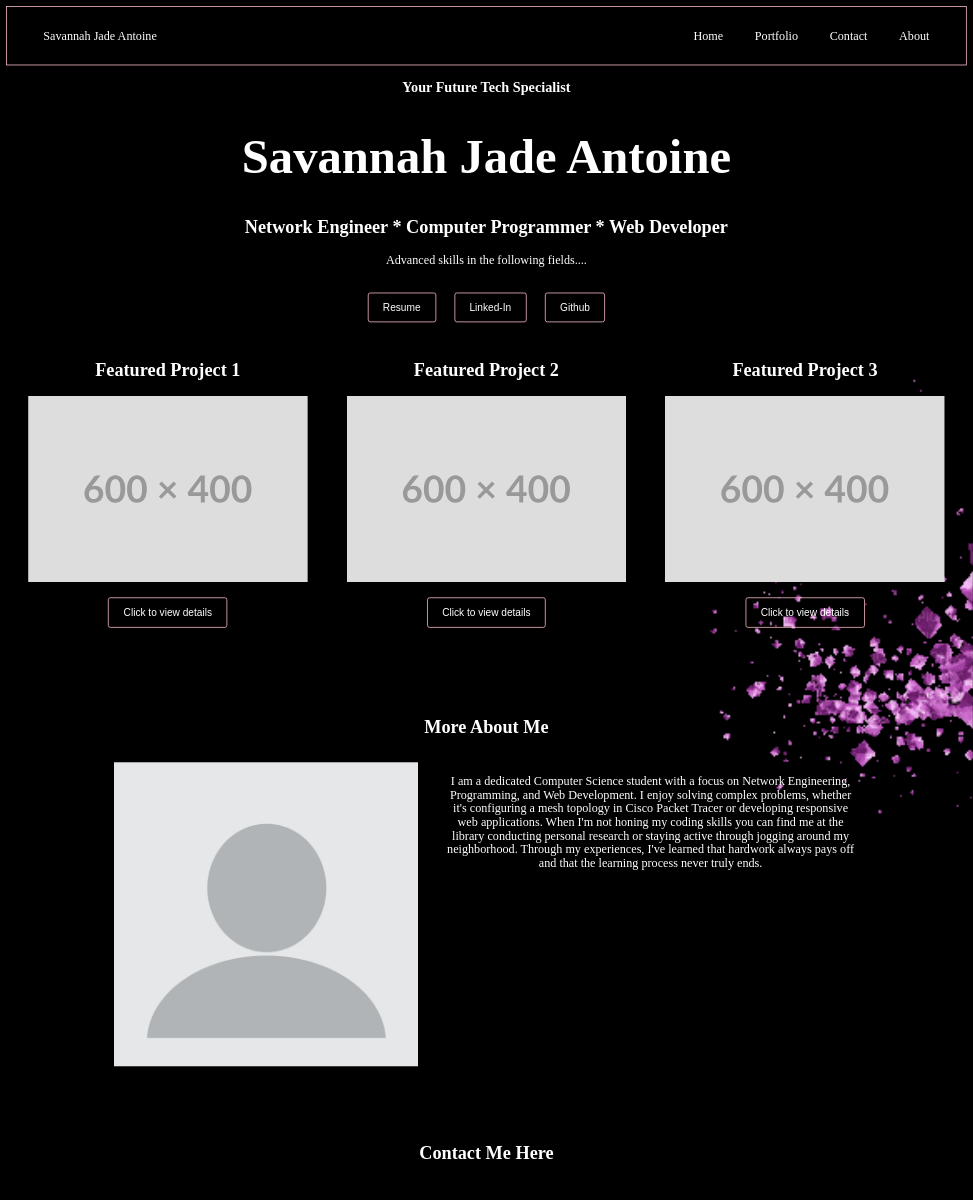
Repository: Savannah-Antoine/Savannah-Antoine
Page: index.html
The author's editor kept a copy of each file at every save. The page is drawn from the files as they stood at one save, then again after the next save.
The browser window is 1280 px wide. The pictures show the whole page, at 76% of full size.

Above is the page before, as saved 2026-05-15 13:59:11.

### index.html
<!DOCTYPE html>
<html lang="en">
<head>
    <meta charset="UTF-8">
    <meta name="viewport" content="width=device-width, initial-scale=1.0">
    <link rel = "stylesheet" href = "./styles/index.css" />
    <link rel = "stylesheet" href = "./styles/globals.css" />
    <title>Savannah Jade Antoine Portfolio</title>
</head>
<body>
<header>
    <nav>
        <ul class = "homeButton">
           <li><a href = "index.html">Savannah Jade Antoine</a></li>
        </ul>
        <ul class = "navigation">
  <li><a href="index.html">Home</a></li>
  <li><a href="#PortfolioSection">Portfolio</a></li>
  <li><a href="#ContactMe">Contact</a></li>
  <li><a href="#AboutMe">About</a></li>
</ul>

</nav>
<h3>Your Future Tech Specialist</h3>
<h1> Savannah Jade Antoine</h1>
<h2>Network Engineer * Computer Programmer * Web Developer</h2>
<p> Advanced skills in the following fields....</p>
<div class = "infoButtons">
<a href = "Savannah Jade Resume (1).pdf"><button>Resume</button></a>
<a href = "www.linkedin.com/in/savannah-antoine-ab0756390"><button>Linked-In</button></a>
<button>Github</button>
</div>

</header>
<main class = "container">
<section id = "PortfolioSection" class = "project-card">

<h2>Featured Project 1</h2>
<img src = "./assets/images/placeholder1.svg" alt = "First Portfolio placeholder image" />
<p><a href = "./pages/project-name-1.html"><button>Click to view details</button></a>
</section>


<section class = "project-card">
<h2>Featured Project 2</h2>
<img src = "./assets/images/placeholder1.svg" alt = "Second Portfolio placeholder image" />
<p><a href = "./pages/project-name-2.html"><button>Click to view details</button></a>
</section>
<section class = "project-card">
<h2>Featured Project 3</h2>
<img src = "./assets/images/placeholder1.svg" alt = "Third Portfolio placeholder image" />
<p><a href = "./pages/project-name-3.html"><button>Click to view details</button></a>
</section>

<section id = "AboutMe">
 <h2>More About Me</h2>
<div  class = "aboutMe"> <img src = "./assets/images/profilepic.png" alt = "profile picture" />

<p>I am a dedicated Computer Science student with a focus on Network Engineering, Programming, and Web Development.
I enjoy solving complex problems, whether it's configuring a mesh topology in Cisco Packet Tracer or developing responsive web applications.
When I'm not honing my coding skills you can find me at the library conducting personal research or staying active through jogging around my neighborhood.
Through my experiences, I've learned that hardwork always pays off and that the learning process never truly ends.
</P>
</div>
</section>

<section id = "ContactMe">
<h2>Contact Me Here</h2>

</section>



</main>

</body>
</html>

### styles/index.css
.container{
  display: flex;
    flex-direction: column;
    align-items: center;
    gap: 2rem;
    padding: 1.2rem;

}
#AboutMe{
    padding: 50px 10%;
    text-align: center;

}
.aboutMe{
    display: flex;
    flex-direction: column;      /* Side-by-side */
    align-items: center;       /* Vertically centers image and text */
    gap: 2rem;
}


.navigation {
    display: grid;
    grid-template-columns: repeat(2, 1fr);
    gap: 0.6rem;
    text-align: right;
}


body h1{
    font-size: 2.5rem;

}

img{
    width: 100%;
    max-width: 400px;
    height: auto;
}

@media screen and (min-width: 768px)
{
    .aboutMe{
    flex-direction: row;      /* Side-by-side */
    align-items: flex-start;      /* Vertically centers image and text */
    justify-content: center;   /* Horizontally centers the whole group */
       /* Breathing room on the sides */
    text-align: left;
}
   body h1 {
        font-size: 4rem;
    }
    .container {
        flex-direction: row;
        flex-wrap: wrap;
        align-items: flex-start;
        justify-content: space-around;
    }
    .project-card {
        width: 30%;
        min-width: 250px;
        text-align: center;
    }

    .aboutMe{
        width: 100%;
        text-align: center;
        margin-top: 2rem;

    }
    .navigation{
        display:flex;
    }

}


@media screen and (min-width: 1000px)
{
    .container {
        margin: 0 auto;
    }
}

### styles/globals.css
body {
    background-color: black;
  background-image: url(/assets/images/background-pic.gif);
  background-repeat: no-repeat;
  background-size: cover;
  color: white;
  font-size: 1rem;
  text-align: center;
}



.homeButton{
  order: -1;
  list-style-type: none;
  margin: 0;
  padding: 0;
  display: flex;
  justify-content: left;

}


nav {
    display: flex;
    justify-content: space-between;
    align-items: center;
    padding: 1rem 2rem;

    border: 0.1rem solid pink;
    cursor: pointer;


}



nav ul {
    display: flex;
    list-style: none;
    gap: 1rem;
    margin: 0;
    padding: 0;
}
button {
    padding: 0.7rem 1.2rem;
    background-color: transparent;
    color: white;
    border: 0.1rem solid pink;
    cursor: pointer;
    transition: all 0.3s ease;
    border-radius: 0.2rem;
    gap: 1rem;
}
button:hover {
    background-color: pink;
    color: rgb(31, 1, 31);
    transform: translateY(-3px);
    box-shadow: 0 0.3rem 1rem rgba(255, 255, 255, 0.3);
}

.infoButtons {
    display: flex;
    justify-content: center;
    gap: 1.5rem;
    margin-top: 1.4rem;
    min-width: 100px;
    padding: 0.7rem 0.9rem;
}

li a {
  display: block;
  color: white;
  padding: 0.8rem 1rem;
  text-decoration: none;
}

ul li a:hover {
 background-color: pink;
  color: rgb(31, 1, 31);
  box-shadow: 0 0.5rem 0.9rem rgba(255, 255, 255, 0.3)
}

h1{

  font-size: 4rem;
}

After the next save:
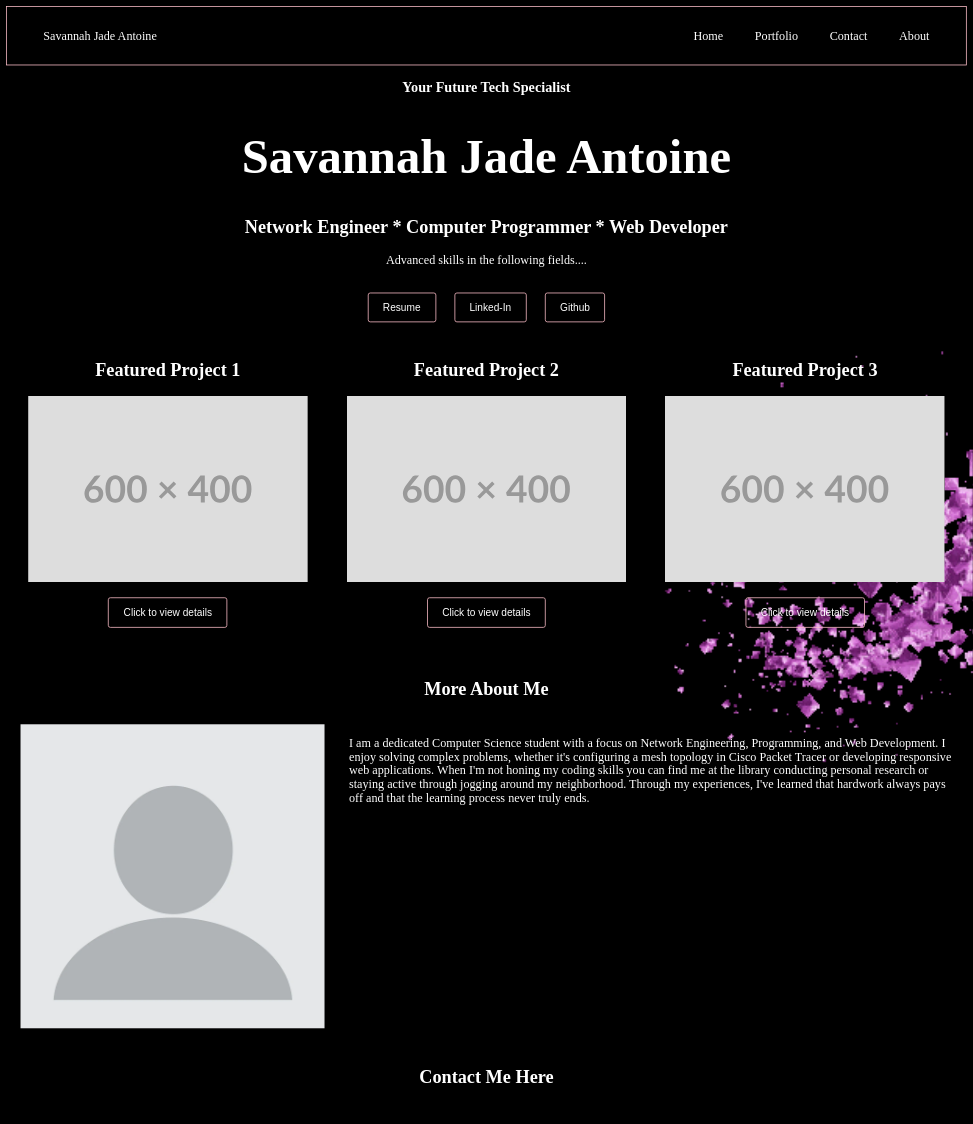
Saved 93 s later.
--- a/styles/index.css
+++ b/styles/index.css
@@ -7,8 +7,9 @@
 
 }
 #AboutMe{
-    padding: 50px 10%;
-    text-align: center;
+  text-align: center;
+  justify-content: center;
+
 
 }
 .aboutMe{
@@ -46,7 +47,10 @@ img{
     justify-content: center;   /* Horizontally centers the whole group */
        /* Breathing room on the sides */
     text-align: left;
+     width: 100%;
+        margin-top: 2rem;
 }
+
    body h1 {
         font-size: 4rem;
     }
@@ -62,12 +66,7 @@ img{
         text-align: center;
     }
 
-    .aboutMe{
-        width: 100%;
-        text-align: center;
-        margin-top: 2rem;
 
-    }
     .navigation{
         display:flex;
     }
